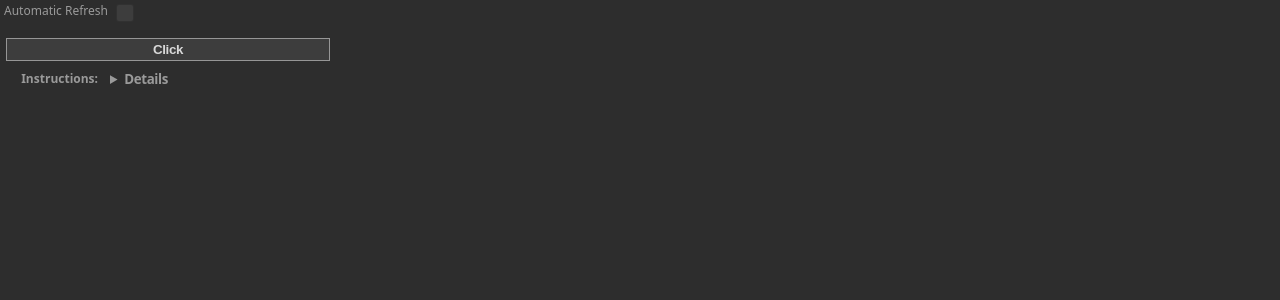
Repository: f00d4tehg0dz/elgato-streamdeck-cookie-clicker
Page: com.f00d4tehg0dz.cookieclicker.sdPlugin/cookieclicker.html
An editor plug-in stored every save of this project. The page is shown before and after the next save, followed by the edit.
The browser window is 1280 px wide. The pictures show the whole page.

Above is the page before, as saved 2022-01-28 11:50:19.

After the next save:
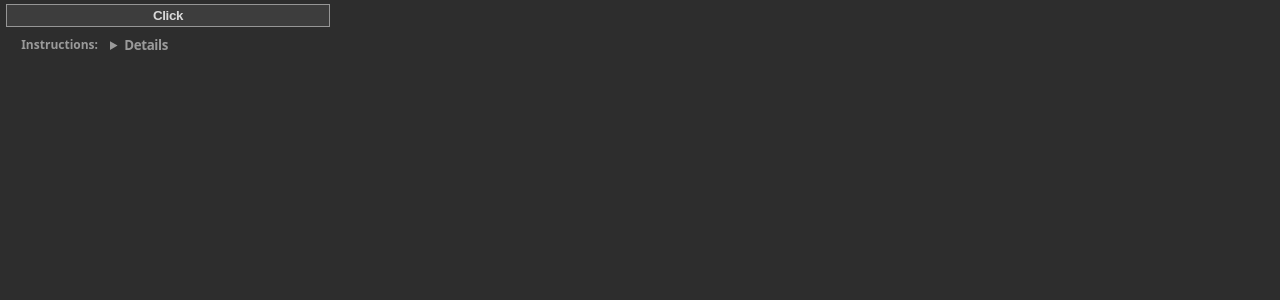
Saved 13 s later.
--- a/com.f00d4tehg0dz.cookieclicker.sdPlugin/cookieclicker.html
+++ b/com.f00d4tehg0dz.cookieclicker.sdPlugin/cookieclicker.html
@@ -12,11 +12,6 @@
 
 <body>
 <div class="sdpi-wrapper">
-    <div type="checkbox" class="sdpi-item">
-        <div class="sdpi-dynamic-styles">Automatic Refresh </div>
-        <input class="sdpi-item-value" id="automaticRefresh" type="checkbox">
-        <label for="automaticRefresh"><span></span></label>
-    </div>
     <div class="sdpi-item">
         <button class="sdpi-item-value" id="updateButton">Click</button>
     </div>

After the save that followed:
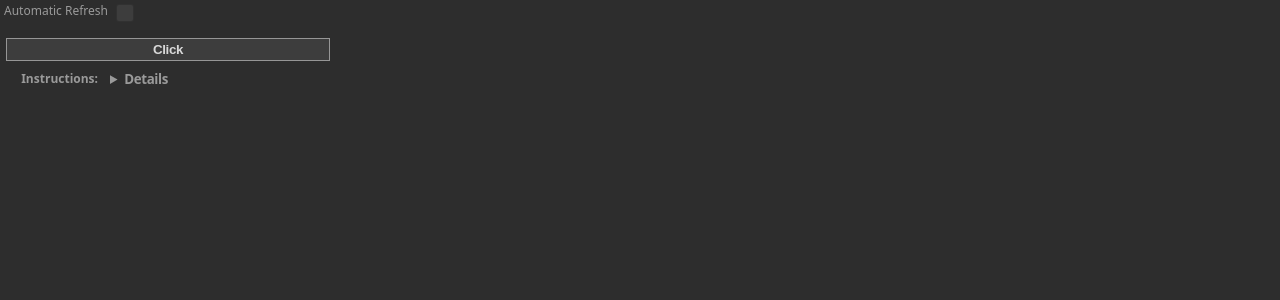
Saved 103 s later.
--- a/com.f00d4tehg0dz.cookieclicker.sdPlugin/cookieclicker.html
+++ b/com.f00d4tehg0dz.cookieclicker.sdPlugin/cookieclicker.html
@@ -12,6 +12,11 @@
 
 <body>
 <div class="sdpi-wrapper">
+    <div type="checkbox" class="sdpi-item">
+        <div class="sdpi-dynamic-styles">Automatic Refresh </div>
+        <input class="sdpi-item-value" id="automaticRefresh" type="checkbox">
+        <label for="automaticRefresh"><span></span></label>
+    </div>
     <div class="sdpi-item">
         <button class="sdpi-item-value" id="updateButton">Click</button>
     </div>
@@ -39,10 +44,6 @@
                 actionName = jsonObj.actionInfo.action;
             }
             let settings = $SD.actionInfo.payload.settings;
-
-            if(settings.automaticRefresh){
-                $("#automaticRefresh").prop("checked",true);
-            }
         });
     }
 
@@ -50,9 +51,6 @@
 
         $("#updateButton").click(function () {
             // Sending the saved settings to the plugin from property inspector.
-
-            let automaticRefresh = $("#automaticRefresh").prop("checked");
-
 
             if ($SD && $SD.connection) {
                 let payload = {};
